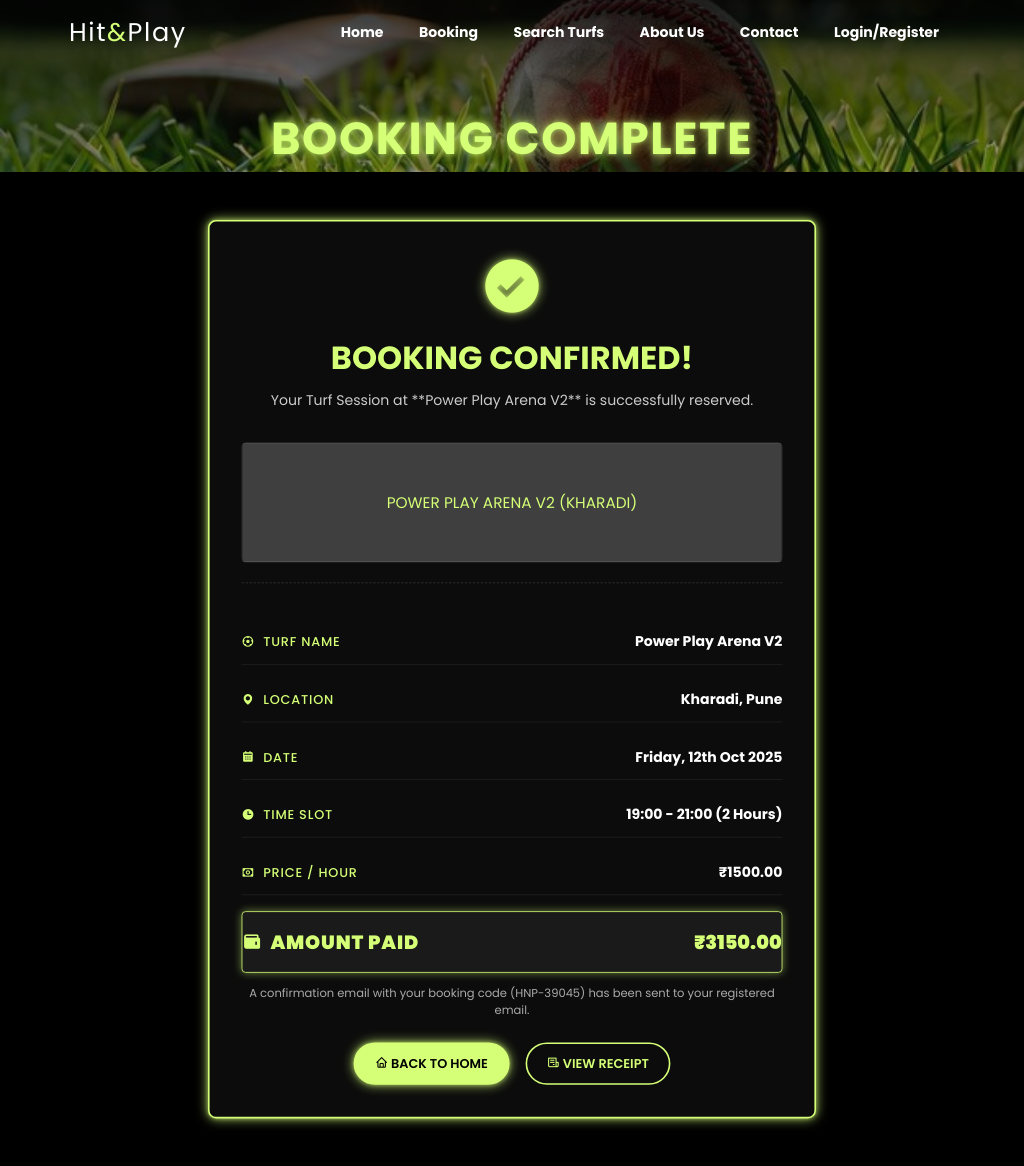
Repository: nilofar-nadaf/TurfBookingSystem
Page: http://localhost/bookingConfirm
The author's editor kept a copy of each file at every save. The page is drawn from the files as they stood at one save, then again after the next save.
The browser window is 1280 px wide. The pictures show the whole page, at 80% of full size.
Pictures or frames that could not be fetched are drawn as grey boxes. The page is this project's Thymeleaf template; nobody is signed in. The template is opened directly, without the code that normally fills it, so the values that code supplies are empty.

Above is the page before, as saved 2025-10-16 16:59:54.

### CricketTurfBooking/CricketTurfBookingSystem/src/main/resources/templates/bookingConfirm.html
<!DOCTYPE html>
<html lang="en" xmlns:th="http://www.thymeleaf.org">
<head>
    <meta charset="UTF-8">
    <meta name="viewport" content="width=device-width, initial-scale=1.0">
    <title>Booking Confirmed - Hit&Play</title>
    <!-- Use the existing CSS for theme consistency -->
    <link rel="stylesheet" href="CSS/searchTurf.css">
    <link href='https://unpkg.com/boxicons@2.1.4/css/boxicons.min.css' rel='stylesheet'>
    <style>
        /*
        * ------------------------------------
        * Specific CSS for the Confirmation Page
        * ------------------------------------
        */
        :root {
            --primary-color: #d4ff76; /* Neon Green */
            --dark-color: #000;
            --card-bg-color: #0c0c0c;
            --highlight-bg: #1a1a1a;
            --text-color: #fff;
            --neon-glow: 0 0 15px rgba(212, 255, 118, 0.8), 0 0 5px rgba(212, 255, 118, 0.5);
            --neon-border: 2px solid var(--primary-color);
        }

        /* Header adjustments for a sub-page */
        header {
            min-height: 200px;
            padding-bottom: 0;
        }
        .header-content h1 {
            font-size: 3.5em;
            color: var(--primary-color);
            margin-top: 30px;
            margin-bottom: 0;
            text-shadow: var(--neon-glow);
            letter-spacing: 2px;
        }

        /* Main Confirmation Container */
        .confirmation-page {
            padding: 60px 20px;
            max-width: 800px;
            margin: 0 auto;
            color: var(--text-color);
            text-align: center;
        }

        .confirmation-card {
            background-color: var(--card-bg-color);
            padding: 40px;
            border-radius: 10px;
            border: var(--neon-border);
            box-shadow: var(--neon-glow);
        }

        .icon-success {
            font-size: 5rem;
            color: var(--primary-color);
            text-shadow: var(--neon-glow);
            margin-bottom: 20px;
            display: block;
        }

        .confirmation-card h2 {
            font-size: 2.5rem;
            color: var(--primary-color);
            text-transform: uppercase;
            margin-bottom: 10px;
        }

        .confirmation-card p.lead {
            font-size: 1.1rem;
            color: #ccc;
            margin-bottom: 40px;
        }

        /* --- Booking Details Section --- */
        .details-section {
            text-align: left;
            margin-bottom: 30px;
            border-top: 1px dashed #333;
            padding-top: 30px;
        }

        .details-row {
            display: flex;
            justify-content: space-between;
            align-items: center;
            padding: 15px 0;
            border-bottom: 1px solid #1f1f1f;
        }

        .details-row:last-child {
            border-bottom: none;
        }

        .details-label {
            font-size: 1rem;
            color: var(--primary-color);
            font-weight: 500;
            text-transform: uppercase;
            letter-spacing: 1px;
            display: flex;
            align-items: center;
            gap: 10px;
        }

        .details-value {
            font-size: 1.1rem;
            font-weight: 700;
            color: var(--text-color);
        }

        /* Highlighted Total Amount */
        .details-row.total-row {
            margin-top: 20px;
            padding: 20px 0;
            background-color: var(--highlight-bg);
            border: 1px solid var(--primary-color);
            border-radius: 5px;
            box-shadow: 0 0 10px rgba(212, 255, 118, 0.5);
        }
        .total-row .details-label, .total-row .details-value {
            font-size: 1.5rem;
            font-weight: 900;
            color: var(--primary-color);
        }

        /* Turf Image/Placeholder */
        .turf-image-placeholder {
            height: 150px;
            width: 100%;
            background-color: var(--highlight-bg);
            border-radius: 5px;
            margin-bottom: 25px;
            border: 1px solid #333;
            background-image: linear-gradient(rgba(0,0,0,0.6), rgba(0,0,0,0.6)), url('https://picsum.photos/id/10/800/600');
            background-size: cover;
            background-position: center;
            display: flex;
            justify-content: center;
            align-items: center;
            color: var(--primary-color);
            font-size: 1.2rem;
            text-transform: uppercase;
        }

        /* Action Buttons */
        .action-buttons {
            margin-top: 30px;
            display: flex;
            justify-content: center;
            gap: 20px;
        }

        .btn-action {
            padding: 12px 25px;
            border: 2px solid var(--primary-color);
            border-radius: 50px;
            text-transform: uppercase;
            font-weight: 600;
            transition: background-color 0.3s, color 0.3s, box-shadow 0.3s;
            text-decoration: none;
        }

        .btn-home {
            background-color: var(--primary-color);
            color: var(--dark-color);
            box-shadow: var(--neon-glow);
        }

        .btn-home:hover {
            background-color: #aaff00;
            transform: translateY(-1px);
        }

        .btn-view {
            background-color: transparent;
            color: var(--primary-color);
        }

        .btn-view:hover {
            background-color: rgba(212, 255, 118, 0.1);
            box-shadow: 0 0 5px rgba(212, 255, 118, 0.8);
        }

        @media (max-width: 600px) {
            .confirmation-card {
                padding: 20px;
            }
            .confirmation-card h2 {
                font-size: 2rem;
            }
            .total-row .details-label, .total-row .details-value {
                font-size: 1.2rem;
            }
            .action-buttons {
                flex-direction: column;
                gap: 15px;
            }
        }
    </style>
</head>
<body>

    <header>
        <nav>
            <div class="logo">Hit<span class="hit">&</span>Play</div>
            <div class="menu">
                <a href="home.html">Home</a>
                <a href="#">Booking</a>
                <a href="searchTurf.html">Search Turfs</a>
                <a href="aboutUs.html">About Us</a>
                <a href="contactUs.html">Contact</a>
                <a href="login.html">Login/Register</a>
            </div>
        </nav>

        <div class="header-content">
            <h1>BOOKING COMPLETE</h1>
        </div>
    </header>

    <main class="confirmation-page">
        <div class="confirmation-card">
            <i class='bx bxs-check-circle icon-success'></i>
            <h2>Booking Confirmed!</h2>
            <p class="lead">Your Turf Session at **Power Play Arena V2** is successfully reserved.</p>

            <div class="turf-image-placeholder">
                Power Play Arena V2 (Kharadi)
            </div>

            <div class="details-section">
                <!-- Row 1: Turf Name -->
                <div class="details-row">
                    <span class="details-label"><i class='bx bx-football'></i> Turf Name</span>
                    <span class="details-value">Power Play Arena V2</span>
                </div>

                <!-- Row 2: Location/Address -->
                <div class="details-row">
                    <span class="details-label"><i class='bx bxs-map'></i> Location</span>
                    <span class="details-value">Kharadi, Pune</span>
                </div>

                <!-- Row 3: Date -->
                <div class="details-row">
                    <span class="details-label"><i class='bx bxs-calendar'></i> Date</span>
                    <span class="details-value">Friday, 12th Oct 2025</span>
                </div>

                <!-- Row 4: Time Slot -->
                <div class="details-row">
                    <span class="details-label"><i class='bx bxs-time'></i> Time Slot</span>
                    <span class="details-value">19:00 - 21:00 (2 Hours)</span>
                </div>

                <!-- Row 5: Price per Hour -->
                <div class="details-row">
                    <span class="details-label"><i class='bx bx-money'></i> Price / Hour</span>
                    <span class="details-value">₹1500.00</span>
                </div>

                <!-- Row 6: Final Amount to Pay (Highlighted) -->
                <div class="details-row total-row">
                    <span class="details-label"><i class='bx bxs-wallet'></i> AMOUNT PAID</span>
                    <span class="details-value">₹3150.00</span>
                </div>
            </div>

            <p style="color: #aaa; font-size: 0.9rem; margin-top: -15px; margin-bottom: 25px;">A confirmation email with your booking code (HNP-39045) has been sent to your registered email.</p>

            <div class="action-buttons">
                <a href="#" class="btn-action btn-home"><i class='bx bx-home'></i> Back to Home</a>
                <a href="#" class="btn-action btn-view"><i class='bx bx-receipt'></i> View Receipt</a>
            </div>

        </div>
    </main>

    <script>
        function processBooking() {
    if (totalAmount.textContent === '₹0.00' || totalAmount.textContent.includes('Invalid')) {
        alert("⚠️ Please select a valid booking duration (Start and End Time) before securing your booking.");
        return;
    }

    // --- CHANGE STARTS HERE ---

    // In a real application, a successful payment confirmation would happen here.

    // For the front-end demo, we simulate success and redirect to the confirmation page.
    window.location.href = 'bookingConfirm.html';

    // --- CHANGE ENDS HERE ---
}
    </script>

</body>
</html>

### CricketTurfBooking/CricketTurfBookingSystem/src/main/resources/static/css/searchTurf.css
@import url('https://fonts.googleapis.com/css2?family=Poppins:ital,wght@0,100;0,200;0,300;0,400;0,500;0,600;0,700;0,800;0,900;1,200;1,500;1,600;1,700;1,800;1,900&display=swap');
*{
    padding: 0;
    margin: 0;
    box-sizing: border-box;
}

:root {
    --primary-color: #d4ff76; /* Neon Green */
    --dark-color: #000;
    --card-bg-color: #1a1a1a;
    --text-color: #fff;
    --yellow-star: #ffc107;
}

body {
    background-color: var(--dark-color);
    font-family: 'Poppins', sans-serif;
}

header{
    width: 100%;
    min-height: 500px; /* Reduced min-height to accommodate new search boxes */
    background: linear-gradient(rgba(0,0,0,0.8),rgba(0,0,0,0.3)), url(Images/home4.jpg);
    background-size: cover;
    background-position: center;
    padding-bottom: 50px;
}

nav{
    width: 100%;
    height: 80px; /* Reduced height */
    display: flex;
    justify-content: space-around;
    align-items: center;
    color: var(--text-color);
}
.logo{
    font-size: 2em;
    letter-spacing: 2px;
}
.logo .hit{
    color: var(--primary-color);
}

.menu a{
    text-decoration: none;
    color: var(--text-color);
    padding: 10px 20px;
    font-weight: bold;
    font-size: 1.1em;
    transition: all 0.3s ease;
}

.menu a:hover{
    border-bottom: 2px solid var(--primary-color);
    color: var(--primary-color);
}

.header-content{
    width: 100%;
    text-align: center;
    margin-top: 50px;
    padding: 0 20px;
}

.header-content h1{
    font-size: 3.5em;
    color: var(--text-color);
    margin-bottom: 30px;
}

/* NEW: Multi-input Search Box Container */
.search-box-container {
    display: flex;
    justify-content: center;
    gap: 15px;
    max-width: 900px;
    margin: 0 auto;
    padding: 20px;
    background: rgba(0, 0, 0, 0.7);
    border-radius: 15px;
    border: 1px solid var(--primary-color);
    box-shadow: 0 0 20px var(--shadow-color);
}

.search-box {
    position: relative;
    flex: 1;
    min-width: 200px;
}

.search-box input,
.search-box select {
    width: 100%;
    height: 50px;
    padding: 0 15px 0 45px; /* Adjust padding for icon */
    border: 2px solid var(--primary-color);
    background: var(--dark-color);
    color: var(--text-color);
    font-size: 1em;
    border-radius: 8px;
    outline: none;
    transition: all 0.3s ease;
}

.search-box input:focus,
.search-box select:focus {
    box-shadow: 0 0 10px var(--primary-color);
}

.search-box select {
    appearance: none; /* Hide default dropdown arrow */
    cursor: pointer;
}

.search-box select option {
    background: var(--dark-color);
    color: var(--primary-color);
}

.search-box i {
    position: absolute;
    left: 15px;
    top: 50%;
    transform: translateY(-50%);
    font-size: 1.2em;
    color: var(--primary-color);
}


/* --- TURF CARD STYLES --- */

.turf-results {
    padding: 50px 20px;
}

.turf-results h2 {
    color: var(--primary-color);
    text-align: center;
    margin-bottom: 40px;
    font-size: 2.5em;
}

.turf-card-container {
    display: flex;
    flex-wrap: wrap;
    gap: 30px;
    justify-content: center;
    max-width: 1200px;
    margin: 0 auto;
}

.turf-card {
    background-color: var(--card-bg-color);
    border: 2px solid var(--primary-color);
    border-radius: 12px;
    overflow: hidden;
    box-shadow: 0 8px 16px var(--shadow-base);
    transition: transform 0.3s, box-shadow 0.3s;
    width: 100%;
    max-width: 350px;
    display: flex;
    flex-direction: column;
}

.turf-card:hover {
    transform: translateY(-8px);
    box-shadow: 0 15px 30px var(--shadow-color);
}

/* NEW: Card Image Styling */
.card-image-box {
    width: 100%;
    height: 200px;
    overflow: hidden;
    border-bottom: 3px solid var(--primary-color);
}

.card-image {
    width: 100%;
    height: 100%;
    object-fit: cover;
    transition: transform 0.5s ease;
}

.turf-card:hover .card-image {
    transform: scale(1.05);
}

.card-info {
    padding: 20px;
    flex-grow: 1; /* Makes sure the info box takes up remaining height */
}

.card-info h3 {
    font-size: 1.5rem;
    margin-bottom: 10px;
    color: var(--primary-color);
}

.card-info .location {
    font-size: 0.95rem;
    margin-bottom: 15px;
    color: #ccc;
}

.card-info .location i {
    color: var(--primary-color);
    margin-right: 5px;
}

.card-info .rating {
    margin-bottom: 15px;
    font-size: 1.1rem;
    color: var(--text-color);
}

.card-info .rating .yellow {
    color: var(--yellow-star);
}

.details-row {
    display: flex;
    justify-content: space-between;
    align-items: center;
    margin-top: 15px;
}

.price {
    font-size: 1.8rem;
    font-weight: 600;
    color: var(--text-color);
}

.price small {
    font-size: 0.8rem;
    color: var(--primary-color);
}

.book-btn {
    background-color: var(--primary-color);
    color: var(--dark-color);
    padding: 10px 20px;
    border: none;
    border-radius: 5px;
    cursor: pointer;
    font-weight: 700;
    transition: background-color 0.3s, transform 0.1s;
    text-transform: uppercase;
}

.book-btn:hover {
    background-color: #aaff00; /* Slightly darker neon on hover */
    transform: translateY(-2px);
}

.card-info .type {
    display: block;
    margin-top: 15px;
    font-size: 0.85rem;
    font-weight: 500;
    color: var(--primary-color);
    text-align: right;
}

/* Responsive adjustments */
@media (max-width: 992px) {
    .search-box-container {
        flex-direction: column;
        gap: 10px;
        max-width: 500px;
    }

    .header-content h1 {
        font-size: 2.5em;
    }
}

@media (max-width: 600px) {
    nav {
        flex-direction: column;
        height: auto;
        padding: 15px 0;
    }
    .menu {
        margin-top: 10px;
    }
    .menu a {
        padding: 5px 10px;
    }
}

After the next save:
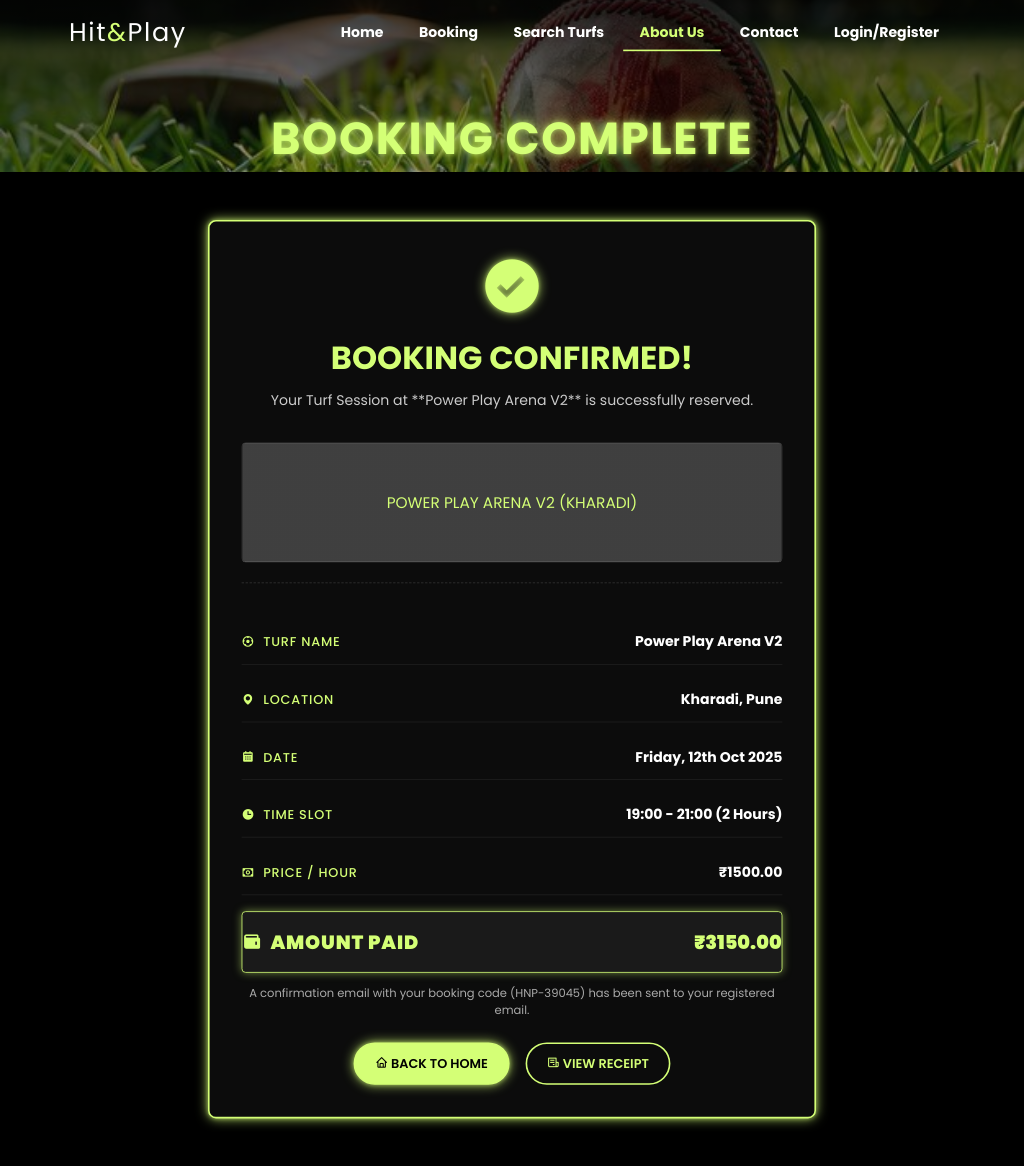
Saved 91 s later.
--- a/CricketTurfBooking/CricketTurfBookingSystem/src/main/resources/templates/bookingConfirm.html
+++ b/CricketTurfBooking/CricketTurfBookingSystem/src/main/resources/templates/bookingConfirm.html
@@ -208,12 +208,12 @@
         <nav>
             <div class="logo">Hit<span class="hit">&</span>Play</div>
             <div class="menu">
-                <a href="home.html">Home</a>
-                <a href="#">Booking</a>
-                <a href="searchTurf.html">Search Turfs</a>
-                <a href="aboutUs.html">About Us</a>
-                <a href="contactUs.html">Contact</a>
-                <a href="login.html">Login/Register</a>
+				<a th:href="@{/home}">Home</a>
+				                <a href="#">Booking</a>
+				                <a th:href="@{/searchTurf}">Search Turfs</a>
+				                <a th:href="@{/aboutUs}" style="border-bottom: 2px solid var(--primary-color); color: var(--primary-color);">About Us</a>
+				                <a th:href="@{/contactUs}">Contact</a>
+				                <a th:href="@{/login}">Login/Register</a>
             </div>
         </nav>
 
